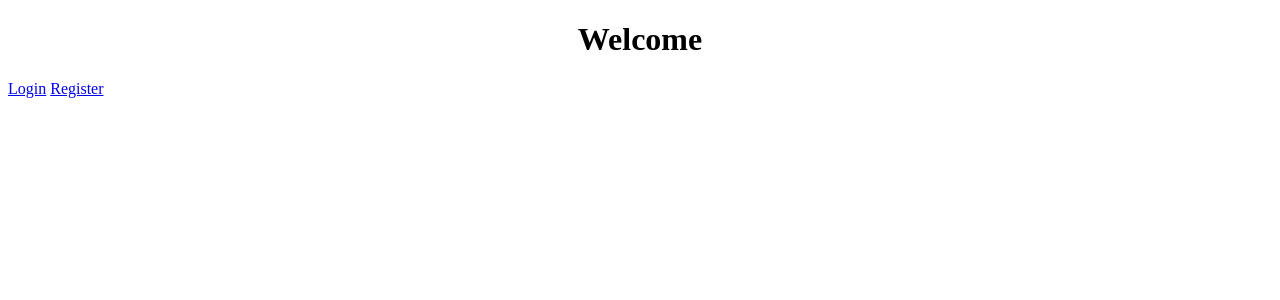
Repository: ramakrishnan1997/ram_javatraining
Page: http://localhost/AdminPortal/
An editor plug-in stored every save of this project. The page is shown before and after the next save, followed by the edit.
The browser window is 1280 px wide. The pictures show the whole page.
The page is served by Tomcat 9.

Above is the page before, as saved 2022-07-01 07:10:34.

After the next save:
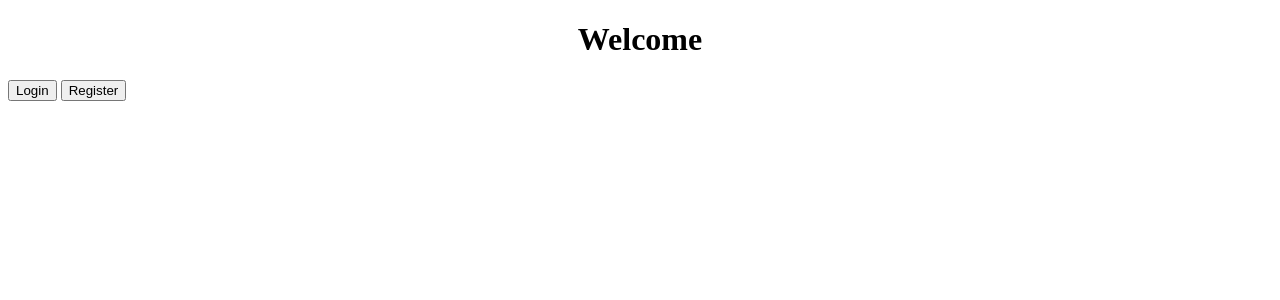
Saved 53 s later.
--- a/AdminPortal/src/main/webapp/index.jsp
+++ b/AdminPortal/src/main/webapp/index.jsp
@@ -11,7 +11,7 @@
 <form>
 
 </form>
-<a href="Login.jsp">Login</a>
-<a href="Register.jsp">Register</a>
+<a href="Login.jsp"><button>Login</button></a>
+<a href="Register.jsp"><button>Register</button></a>
 </body>
 </html>
